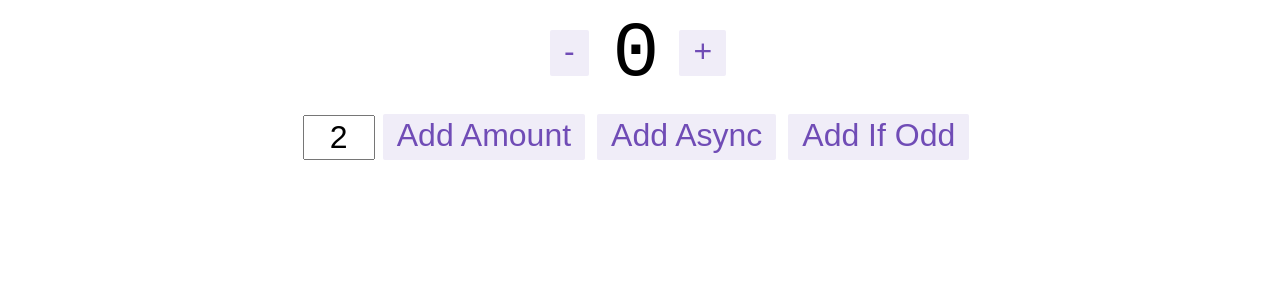
Repository: manhhieu120499/react_web
Page: /
An editor plug-in stored every save of this project. The page is shown before and after the next save, followed by the edit.
The browser window is 1280 px wide. The pictures show the whole page.
The project was rebuilt for these pictures with package versions that can differ from the ones it lists, and the page was loaded fresh each time. Also part of the build but not shown: vite.config.js.

Above is the page before, as saved 2023-09-08 23:10:07.

After the next save:
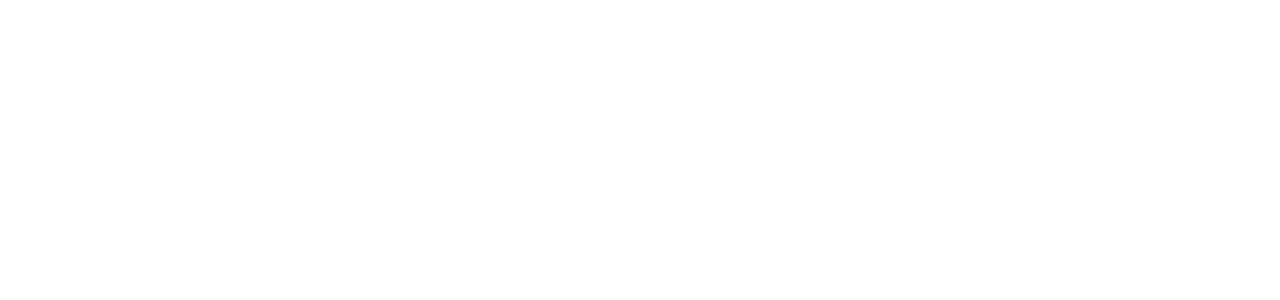
Saved 6 s later.
--- a/src/main.jsx
+++ b/src/main.jsx
@@ -16,7 +16,6 @@
     <React.StrictMode>
         <Provider store={store}>
             <RouterProvider router={router} />
-            <App />
         </Provider>
     </React.StrictMode>
 );

After the save that followed:
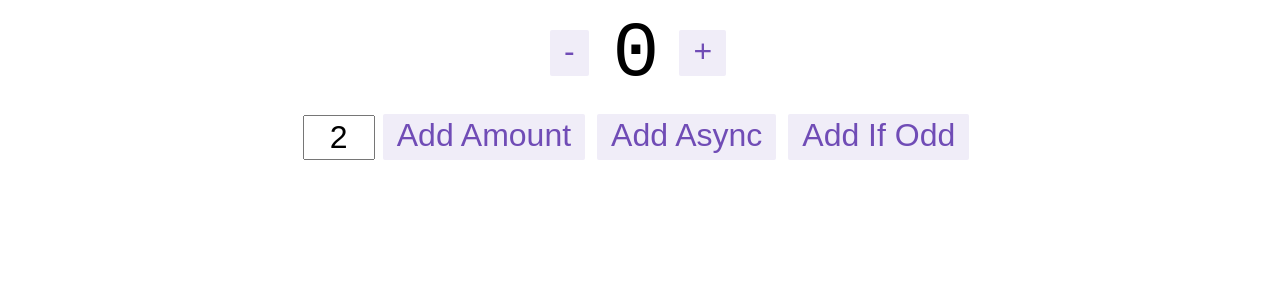
Saved 8 s later.
--- a/src/main.jsx
+++ b/src/main.jsx
@@ -8,7 +8,7 @@
 const router = createBrowserRouter([
     {
         path: "/",
-        element: <div></div>,
+        element: <App />,
     },
 ]);
 
